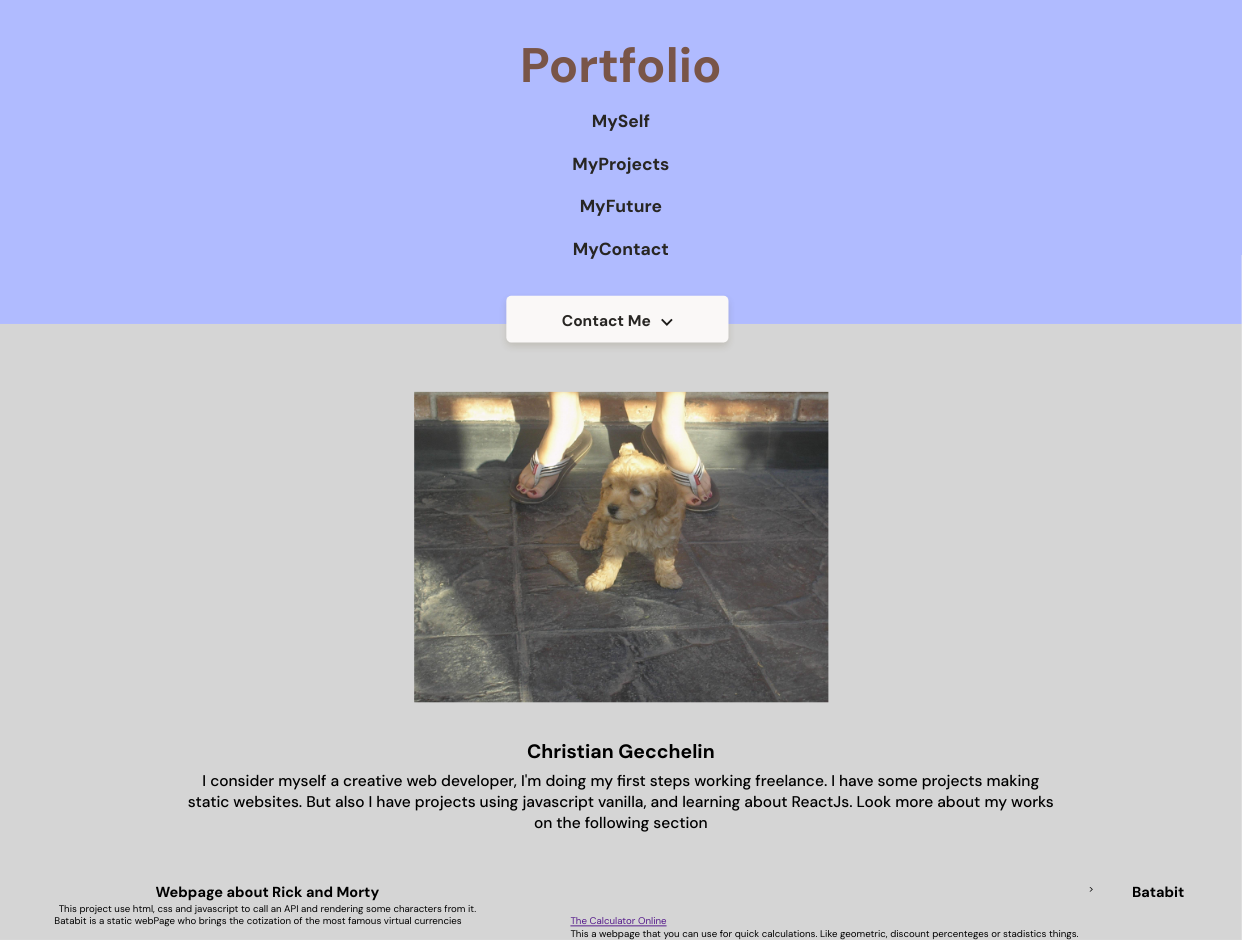
Repository: ChristianGecchelin/PortfolioOnline
Page: index.html
An editor plug-in stored every save of this project. The page is shown before and after the next save, followed by the edit.
The browser window is 1280 px wide. The pictures show the whole page, at 97% of full size.

Above is the page before, as saved 2022-01-10 11:03:46.

### index.html
<!DOCTYPE html>
<html lang="en">
  <head>
    <meta charset="UTF-8" />
    <meta http-equiv="X-UA-Compatible" content="IE=edge" />
    <meta name="viewport" content="width=device-width, initial-scale=1.0" />
    <title>Portfolio Christian</title>
    <link rel="preconnect" href="https://fonts.googleapis.com" />
    <link rel="preconnect" href="https://fonts.gstatic.com" crossorigin />
    <link
      href="https://fonts.googleapis.com/css2?family=DM+Sans:wght@400;500;700&family=Inter:wght@300;500&display=swap"
      rel="stylesheet"
    />
    <link rel="stylesheet" href="./styles/styles.css" />
  </head>
  <body>
    <header>
      <nav>
        <h1>Portfolio</h1>
        <ul class="list-container">
          <li class="list-container-link">
            <a class="" href="">MySelf</a>
          </li>
          <li class="list-container-link">
            <a class="" href="">MyProjects</a>
          </li>
          <li class="list-container-link">
            <a class="" href="">MyFuture</a>
          </li>
          <li class="list-container-link">
            <a class="" href="">MyContact</a>
          </li>
        </ul>
        <a class="header--nav-button" href="#MyContact">
          Contact Me<span></span
        ></a>
      </nav>
    </header>
    <main>
      <section class="principalContainer-mySelf">
        <div class="principalContainer-mySelf--image">
          <div class="image-cv"></div>
        </div>
        <div class="principalContainer-mySelf--information">
          <h2>Christian Gecchelin</h2>
          <p>
            I consider myself a creative web developer, I'm doing my first steps
            working freelance. I have some projects making static websites. But
            also I have projects using javascript vanilla, and learning about
            ReactJs. Look more about my works on the following section
          </p>
        </div>
      </section>

      <section class="principalContainer-myProject">
        <div class="rickAndMortyCharacters">
          <h2 href="">Webpage about Rick and Morty</h2>
          <div>
            <div class="img-project"></div>
            <p>
              This project use html, css and javascript to call an API and
              rendering some characters from it.
            </p>
          </div>
        </div>
        <div class="batabit"></div>>
          <h2 href="">Batabit</h2>
          <div class="img-project"></div>
          <p>
            Batabit is a static webPage who brings the cotization of the most
            famous virtual currencies
          </p>
        </div>
        <div class="calculatorProject">
          <a href="">The Calculator Online</a>
          <div class="img-project"></div>
          <p>
            This a webpage that you can use for quick calculations. Like
            geometric, discount percenteges or stadistics things.
          </p>
        </div>
        <div></div>
      </section>
      <section class="principalContainer-myFuture"></section>
      <section class="principalContainer-myContact"></section>
    </main>
  </body>
</html>

### styles/styles.css
:root {
  --strong-orange: #f7931a;
  --soft-orange: #ffe9d5;
  --secondary-blue: #1a9af7;
  --soft-blue: #e7f5ff;
  --warm-black: #201e1c;
  --black: #282623;
  --grey: #bababa;
  --off-white: #faf8f7;
  --just-white: #fff;
  --light-violet: #b0bbff;
  --strong-violet: #5764b3;
  --skin-color: #ffecb0;
  --yellow-skin-color: #fff3c9;
  --almost-brown: #b3a169;
}
* {
  box-sizing: border-box;
  margin: 0;
  padding: 0;
}
html {
  font-size: 62.5%;
  font-family: "DM Sans", sans-serif;
}
header {
  display: flex;
  flex-direction: column;
  justify-content: center;
  height: 334px;
  background: var(--light-violet);
  text-align: center;
}
header nav {
  flex-direction: column;
  justify-content: center;
  width: 90%;
  min-width: 288px;
  height: 218px;
  align-self: center;
  text-align: center;
  margin-top: -30px;
}
header nav h1 {
  font-size: 5rem;
  font-weight: 700;
  line-height: 5rem;
  color: #795548;
}

header nav .list-container-link {
  margin-top: 20px;
  list-style: none;
}
header nav .list-container-link a {
  font-size: 1.8rem;
  font-weight: 700;
  line-height: 2.4rem;
  text-decoration: none;
  color: var(--black);
}

header nav .header--nav-button {
  position: absolute;
  top: 270px;
  left: calc(50% - 118px);
  display: block;
  margin-top: 35px;
  padding: 15px;
  width: 229px;
  height: 48px;
  background-color: var(--off-white);
  font-size: 1.6rem;
  font-weight: 700;
  text-decoration: none;
  color: var(--black);
  box-shadow: 0px 4px 8px rgba(89, 73, 30, 0.16);
  border: none;
  border-radius: 5px;
}
header nav .header--nav-button span {
  display: inline-block;
  width: 13px;
  height: 8px;
  margin-left: 10px;
  background-image: url(../assets/icons/down-arrow.svg);
}
main {
  width: 100%;
  height: auto;
  background-color: #d5d5d5;
}
main .principalContainer-mySelf {
  display: flex;
  flex-direction: column;
  justify-content: center;
  width: 100%;
  min-width: 320px;
  height: auto;
  padding-top: 70px;
  text-align: center;
}
.principalContainer-mySelf--image .image-cv {
  min-width: 320px;
  height: 320px; /* luego en las otras resos lo agrando */
  margin: 0 auto;
  background-image: url(../assets/images/IMG_4340.JPG);
  background-size: contain;
  background-position: center;
  background-repeat: no-repeat;
}
.principalContainer-mySelf--information {
  width: 90%;
  min-width: 288px;
  max-width: 900px;
  text-align: center;
  align-self: center;
  padding-bottom: 50px;
}
.principalContainer-mySelf--information h2 {
  padding-top: 30px;
  font-size: 2rem;
  line-height: 4rem;
}
.principalContainer-mySelf--information p {
  font-size: 1.6rem;
  font-weight: 500;
  line-height: 2.2rem;
}
.principalContainer-myProject {
  display: flex;
  flex-direction: row;
  flex-wrap: wrap;
  justify-content: space-around;
  width: 100%;
  height: auto;
}
.principalContainer-myProject .rickAndMortyCharacters {
  width: 40%;
  text-align: center;
}
.principalContainer-myProject .batabit {
  width: 40%;
  text-align: center;
}

After the next save:
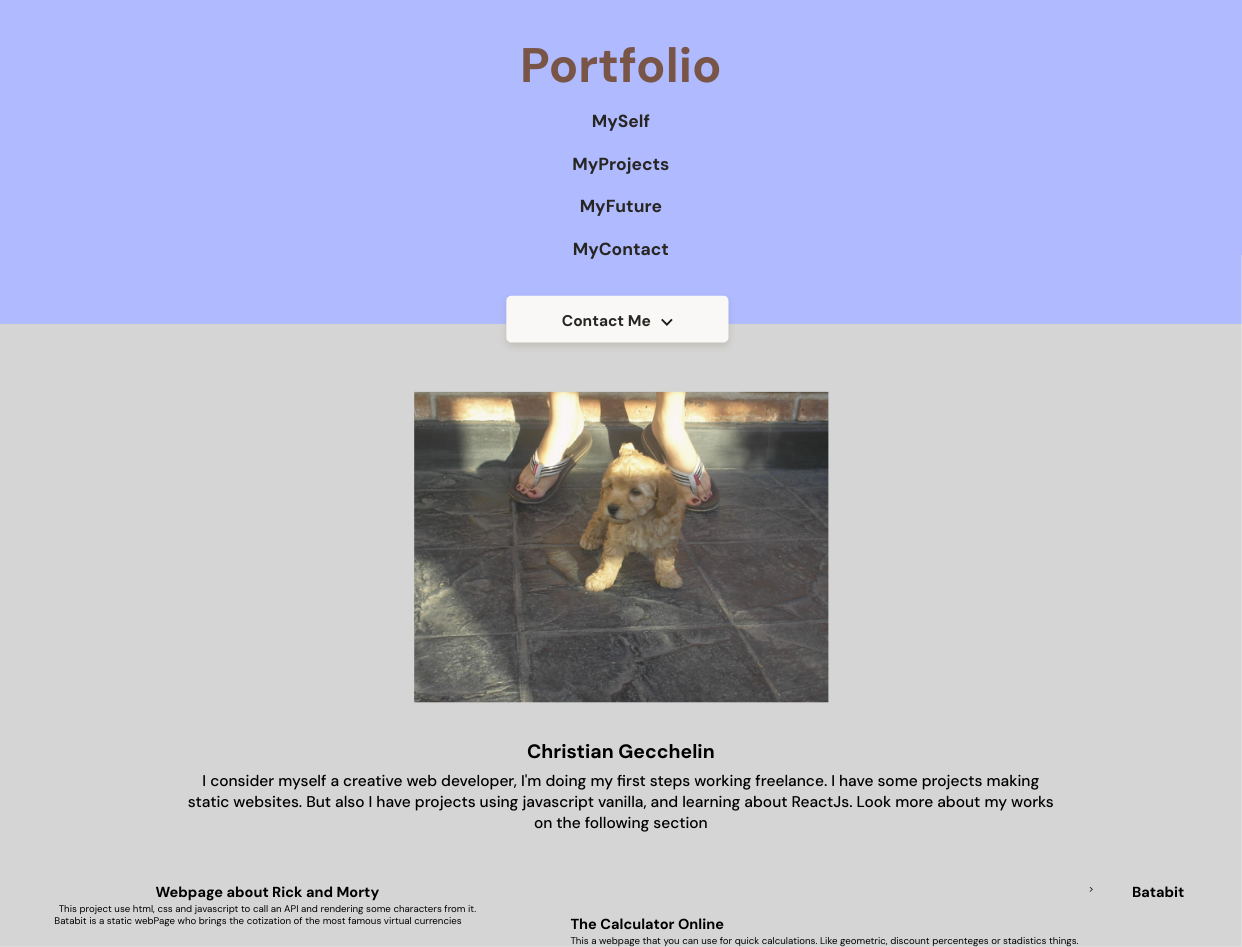
Saved 8 s later.
--- a/index.html
+++ b/index.html
@@ -72,7 +72,7 @@
           </p>
         </div>
         <div class="calculatorProject">
-          <a href="">The Calculator Online</a>
+          <h2 href="">The Calculator Online</h2>
           <div class="img-project"></div>
           <p>
             This a webpage that you can use for quick calculations. Like
